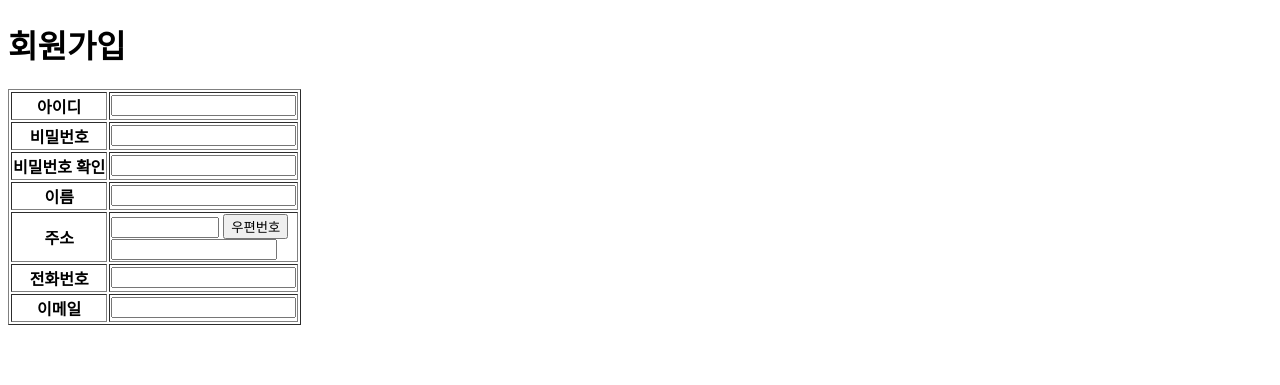
Repository: dhdhdht/Semi-login
Page: http://localhost/Semi_login/regist.jsp
These files come from the project's save history. The page is drawn as it stood at one moment and after the next save; the edit follows.
The browser window is 1280 px wide. The pictures show the whole page.
The page is served by Tomcat 9. Other server files are loaded and not shown.

Above is the page before, as saved 2021-03-27 13:30:18.

### Semi_login/WebContent/regist.jsp
<%@ page language="java" contentType="text/html; charset=UTF-8"
    pageEncoding="UTF-8"%>
<!DOCTYPE html>
<html>
<head>
<meta charset="UTF-8">
<title>Insert title here</title>

<script type="text/javascript">
	function idChkProc(){
		var chk = document.getElementsByName("member_id")[0].title;
		if(chk == 'n'){
			alert("id 중복체크를 해주세요");
			document.getElementsByName("member_id")[0].focus();
		}
	}

	function idChk(){
		var member_id = document.getElementsByName("member_id")[0].value;

		if(member_id == null || member_id.trim() == ""){
			alert("id를 입력해주세요");
		} else {

		}
	}

	function jusoPopup(){
		//주소검색 수행할 팝업 페이지 호출
		var pop = window.open("jusoPopup.jsp","pop", "width=570, height=420, scrollbars=yes, resizable=yes");
	}

	/** API 서비스 제공항목 확대 (2017.02) **/
	function jusoCallBack(roadFullAddr,roadAddrPart1,addrDetail,roadAddrPart2,engAddr, jibunAddr, zipNo, admCd, rnMgtSn, bdMgtSn
							, detBdNmList, bdNm, bdKdcd, siNm, sggNm, emdNm, liNm, rn, udrtYn, buldMnnm, buldSlno, mtYn, lnbrMnnm, lnbrSlno, emdNo){
		// 팝업페이지에서 주소입력한 정보를 받아서, 현 페이지에 정보를 등록합니다.
		document.form.roadAddrPart1.value = roadAddrPart1;
		document.form.roadAddrPart2.value = roadAddrPart2;
		document.form.addrDetail.value = addrDetail;
		document.form.zipNo.value = zipNo;
	}


</script>
</head>
<body>

	<h1>회원가입</h1>

	<form action="" method="post">
		<input type="hidden" name="command" value="insertuser" />

		<table border="1">
			<tr>
				<th>아이디</th>
				<td>
					<input type="text" name="member_id" required="required" />
					<span id="idMsg" class=""></span>
				</td>
			</tr>
			<tr>
				<th>비밀번호</th>
				<td>
					<input type="password" name="member_pw" required="required" onclick="idChkProc();" />
				</td>
			</tr>
			<tr>
				<th>비밀번호 확인</th>
				<td>
					<input type="password" name="" />
				</td>
			</tr>
			<tr>
				<th>이름</th>
				<td>
					<input type="text" name="member_name" required="required" onclick="idChkProc();" />
				</td>
			</tr>
			<tr>
				<th>주소</th>
				<td>
					<input type="hidden" id="confmKey" name="confmKey" value=""  >
					<input type="text" id="zipNo" name="zipNo" readonly style="width:100px">
					<input type="button"  value="우편번호" onclick="jusoPopup();"><br/>
					<input type="text" id="roadAddrPart1" style="width:85%" />
				</td>
			</tr>
			<tr>
				<th>전화번호</th>
				<td>
					<input type="text" name="member_phone" required="required" onclick="idChkProc();" />
				</td>
			</tr>
			<tr>
				<th>이메일</th>
				<td>
					<input type="text" name="member_email" required="required" onclick="idChkProc();" />
				</td>
			</tr>
		</table>
	</form>

</body>
</html>

After the next save:
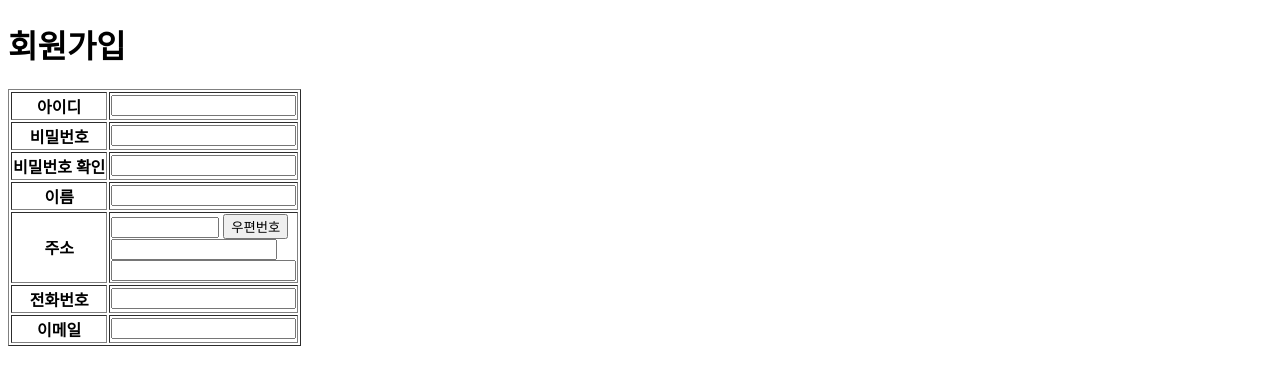
Saved 38 s later.
--- a/Semi_login/WebContent/regist.jsp
+++ b/Semi_login/WebContent/regist.jsp
@@ -82,7 +82,8 @@
 					<input type="hidden" id="confmKey" name="confmKey" value=""  >
 					<input type="text" id="zipNo" name="zipNo" readonly style="width:100px">
 					<input type="button"  value="우편번호" onclick="jusoPopup();"><br/>
-					<input type="text" id="roadAddrPart1" style="width:85%" />
+					<input type="text" id="roadAddrPart1" readonly style="width:85%" /><br/>
+					<input type="text"
 				</td>
 			</tr>
 			<tr>
